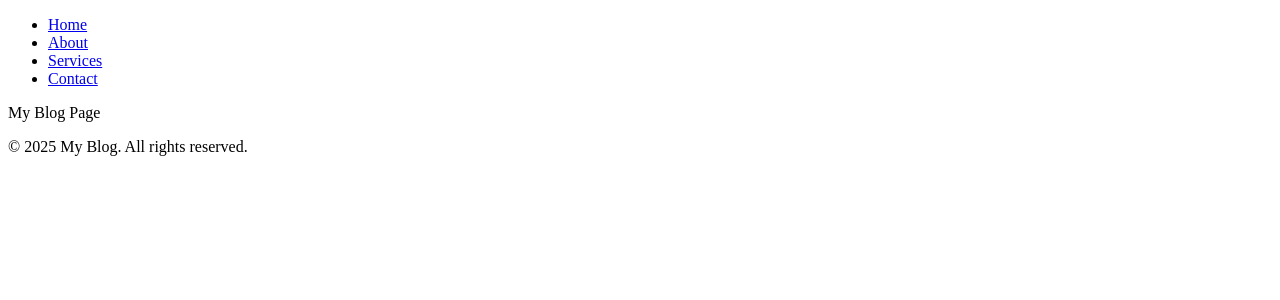
Repository: SainediAmbika/RecallingAll
Page: Angular Recalling/Blog Page/index.html
These files come from the project's save history. The page is drawn as it stood at one moment and after the next save; the edit follows.
The browser window is 1280 px wide. The pictures show the whole page.

Above is the page before, as saved 2025-05-19 11:10:53.

After the next save:
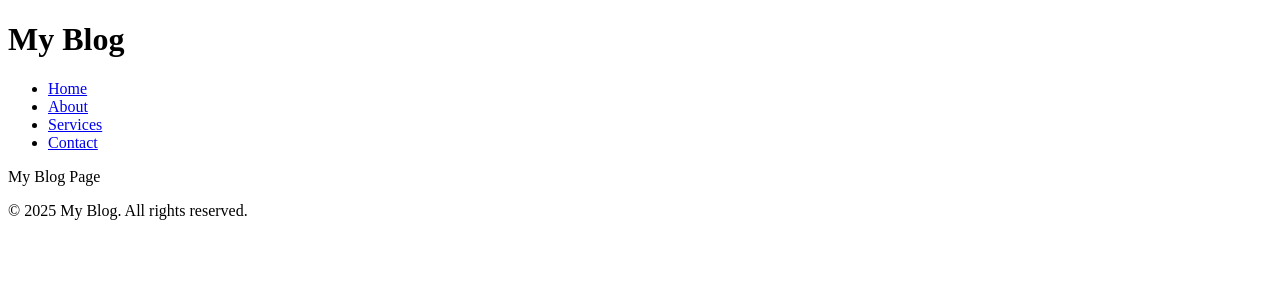
Saved 43 s later.
--- a/Angular Recalling/Blog Page/index.html
+++ b/Angular Recalling/Blog Page/index.html
@@ -8,6 +8,7 @@
 </head>
 <body>
     <header>
+        <h1>My Blog</h1>
         <nav>
             <ul>
                 <li><a href="#">Home</a></li>
